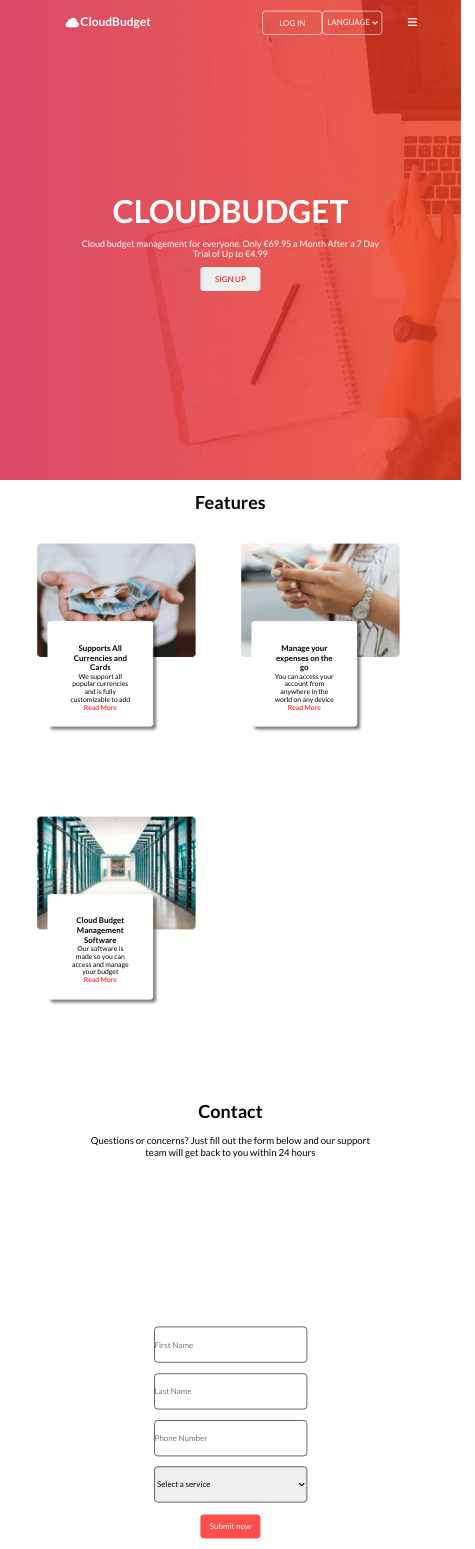
Repository: havvanurrana/website3
Page: index.html
An editor plug-in stored every save of this project. The page is shown before and after the next save, followed by the edit.
The browser window is 768 px wide. The page is 791 px wide, so the pictures cover 791 px, including what lies to the right of the window. The pictures show the whole page, at 60% of full size.

Above is the page before, as saved 2024-08-05 20:57:31.

### index.html
<!DOCTYPE html>
<html lang="tr">
  <head>
    <meta charset="UTF-8" />
    <meta name="viewport" content="width=device-width, initial-scale=1.0" />
    <title>CloudBudget</title>
    <link rel="stylesheet" href="style.css" />
    <link
      rel="stylesheet"
      href="https://cdnjs.cloudflare.com/ajax/libs/font-awesome/6.5.2/css/all.min.css"
      integrity="sha512-SnH5WK+bZxgPHs44uWIX+LLJAJ9/2PkPKZ5QiAj6Ta86w+fsb2TkcmfRyVX3pBnMFcV7oQPJkl9QevSCWr3W6A=="
      crossorigin="anonymous"
      referrerpolicy="no-referrer"
    />
    <link
      href="https://fonts.googleapis.com/css2?family=Lato:wght@400;700&display=swap"
      rel="stylesheet"
    />
  </head>
  <body>
    <section class="overview-section">
        <div class="linear-gradient"></div>
        <div class="content">
            <h3>CLOUDBUDGET</h3>
            <p>
                Cloud budget management for everyone. Only €69.95 a Month After a 7
                Day Trial of Up to €4.99
            </p>
            <button>SIGN UP</button>
        </div>
    </section>
    <header class="header-menu">
        <div class="markaamblem">
            <img src="assets/cloud.png" />
            <h3>CloudBudget</h3>
        </div>
        <nav class="navbar">
            <a href="#" class="navbarsect">Overview</a>
            <a href="#" class="navbarsect">Features</a>
            <a href="#" class="navbarsect">Technology</a>
            <a href="#" class="navbarsect">Contact</a>
            <a href="#" class="navbarsect">Sign Up</a>
        </nav>
        <div class="buttons">
            <button>LOG IN</button>
            <button>
                <select id="Language " name="Language">
                    <option value="">LANGUAGE</option>
                    <option value="uk">UK</option>
                    <option value="turk">Turkish</option>
                    <option value="sp">Spanish</option>
                    <option value="fr">French</option>
                </select>
            </button>
            <div id="menu" class="toggle-menu">
                <input type="checkbox" id="switch">
                <button>
                    <label for="switch" class="fas fa-bars"></label>
                </button>

            </div>
        </div>
    </header>

    <!--features kısmı -->
    <div class="featureshead">
        <h1>Features</h1>
    </div>
    <div class="features">
        <div class="featuressection">
            <div class="img">
                <img src="../assets/money.png" />
            </div>
            <div class="featurescard">
                <div>
                    <h1>Supports All Currencies and Cards</h1>
                </div>
                <div>
                    <p>
                        We support all popular currencies and is fully customizable to add
                    </p>
                </div>
                <button>Read More</button>
            </div>
      </div>
      <div class="featuressection">
          <div>
                <div class="img">
                    <img src="../assets/hand.png" />
                </div>
                <div class="featurescard">
                    <h1>Manage your expenses on the go</h1>
                        <p>
                          You can access your account from anywhere in the world on any
                          device
                        </p>
                    <button>Read More</button>
                </div>
            </div>
      </div>
          <div class="featuressection">
              <div>
                    <div class="img">
                        <img src="../assets/building.png" />
                    </div>
                    <div class="featurescard">
                          <h1>Cloud Budget Management Software</h1>
                          <p>Our software is made so you can access and manage your budget</p>
                          <button>Read More</button>
                    </div>
              </div>
          </div>
    </div>
    <!--contact kısmı-->
    <section >
        <div class="contact">
        <div class="contact-text">
            <h1>Contact</h1>
            <br><br>
            <p>
              Questions or concerns? Just fill out the form below and our support
              team will get back to you within 24 hours
            </p>
        </div>
        <div class="input">
            <input
            type="text"
            id="username"
            name="username"
            placeholder="First Name"
            />
            <input
            type="text"
            id="username"
            name="username"
            placeholder="Last Name"
            />
            <input
            type="text"
            id="username"
            name="username"
            placeholder="Phone Number"
            />

            <select id="service" name="service">
            <option value="">Select a service</option>
            <option value="service1">Service 1</option>
            <option value="service2">Service 2</option>
            <option value="service3">Service 3</option>
            <option value="service4">Service 4</option>
            </select>
            <br><br>
            <button>Submit now</button>
        </div>
    </div>
    </section>
    <script>
            document.getElementById('menu').addEventListener('click', function() {
            const navbar = document.querySelector('.header-menu .navbar');
            navbar.classList.toggle('active');
        });
    </script>
  </body>
</html>

### style.css

/* genel*/

*{
   margin:0;
   padding: 0;
   box-sizing: border-box;
   outline: none;
   border: none;
   text-decoration: none;
   font-family: Lato;
}

html {
    font-size: 62.5%;
    overflow-x: hidden;
    scroll-behavior: smooth;
    scroll-padding-top: 9rem ;
 }
h1{
   font-size: 30px;
}
 /* header menu ve  amblem ve ilk ekran cssleri*/
button{
   cursor: pointer;
}
.markaamblem{
   display: flex;
   justify-content:space-between;
   color: white;
   cursor: pointer;
}

.header-menu{
   width: 96%;
   display: flex;
   justify-content: space-between;
   align-items: center ;
   padding: 0 7%;
   margin: 2rem 7%;
   z-index: 3;
   top: 0;
   position:absolute;
}
.header-menu .markaamblem img{
   height: 3rem;
}
.header-menu .markaamblem h3{
   font-size: 20px ;
}
.header-menu .navbar a{
   margin: 0 2rem;
   font-size: 1.6rem;
   color: rgb(0, 0, 0);
   z-index: 2;
}
  .header-menu button{
   border: 1px , solid, rgb(255, 255, 255);
   border-radius: 6px;
   color:rgb(255, 255, 255);
   width: 100px;
   height: 40px;
   gap: 0px;
   background-color: transparent;
}
 .header-menu .buttons{
   padding-left: 10px;
   display: flex;
   justify-content: flex-end;
}
#menu{
   display: none;
}
.overview-section{
   min-height: 100vh;
   display: flex;
   text-align: center;
   align-items: center;
   justify-content: center;
   background:  url(../assets/image1.png)
   no-repeat;
   background-size: cover;
}

.overview-section .content {
   max-width: 60rem;
   margin: 0.5rem;
   z-index: 2;
}

.overview-section .content h3{
   font-size: 6rem;
   margin: 0.5rem;
   color: white;
}

.overview-section .content p{
   font-size: 1.7rem;
   margin: 1.5rem;
   color: white;
}

.overview-section .content button{
   border:1px;
   width: 100px;
   height: 40px;
   border-radius: 6px;
   color: red;
}

.linear-gradient{
   min-height: 100vh;
   width: 100%;
   display: flex;
   z-index: 1;
   background: linear-gradient(90deg, rgba(213, 32, 71, 0.8) 0%, rgba(238, 61, 27, 0.8) 100%);
   position: absolute;
}

.buttons select{
   background: none;
   color: white;
}

/* features kısmı*/

/* başlık*/

.featureshead{
   text-align: center;
   justify-content: center;
   margin: 1rem;
   padding: 1rem;
}

/* Kartlar*/

.features{
   display: grid;
   grid-template-columns: repeat(auto-fit, minmax(30rem, 1fr));
   margin:3rem;
   padding: 0 7%;
}
.featurescard{
   border-radius:0.6rem;
   border: 1px, solid, rgb(255, 255, 255);
   width: 30rem;
   height: 20rem;
   text-align: center;
   justify-content: center;
   align-items: center;
   padding: 4rem;
   margin: 3rem;
   background-color: white;
   transform: translate(-5%,-50%);
   box-shadow: 5px 5px 5px rgba(0, 0, 0,0.5);
}
.featuressection{
   justify-content: center;
   align-items: center;
   margin: 1rem;
   padding: 2.5rem;
}
.features img{
   width: 100%;
   object-fit: cover;
}
.featurescard h1{
   font-size: 2rem;
}
.featurescard p{
   font-size: 1.3rem;
}
.featurescard button{
   border: none;
   background-color: transparent;
   color: red;
}

/*Contact kısmı */

.contact{
   display: flex;
   flex-direction: row;
   margin: 2rem;
   justify-content: center;
}
.contact div{
   text-align: center;
   justify-content:center;
   align-items: center;
   padding: 0 8%;
   margin: 3rem;
}
.contact h1{
   font-size: 30px;
}
.contact p{
   font-size: 16px;
}
 .contact .contact-text{
   width: 30%;
   height: 40rem;
}
input{
   width: 255px;
   height: 60px;
   border: 1px, solid, black;
   border-color: rgb(0, 0, 0);
   border-radius: 6px;
   margin: 1rem;
}
.contact select{
   width: 255px;
   height: 60px;
   border: 1px, solid, black;
   border-color: rgb(0, 0, 0);
   border-radius: 6px;
   margin: 1rem;
}
.contact button{
   width: 100px;
   height: 40px;
   border-radius: 6px;
   color: white;
   background-color: rgb(254, 78, 78);
}
.contact .input{
   width: 40%;
   height: 40rem;
   align-items: center;
   justify-content: center;
   text-align: center;
}

input{
   width: 255px;
   height: 60px;
   border: 1px, solid, black;
   border-color: rgb(0, 0, 0);
   border-radius: 6px;
   margin: 1rem;
}
.contact select{
   width: 255px;
   height: 60px;
   border: 1px, solid, black;
   border-color: rgb(0, 0, 0);
   border-radius: 6px;
}
.contact button{
   width: 100px;
   height: 40px;
   border-radius: 6px;
   color: white;
   background-color: rgb(254, 78, 78);
}


/* Toggle menu ve responsive kısım */
@media (max-width: 1000px) {
   html {
       font-size: 55%;
   }
}

@media (max-width: 800px) {

   /* header responsive*/
   #menu {
       display: inline-block;
   }

   .header-menu .navbar {
       display: none;
       flex-direction: column;
       position: absolute;
       top: 95%;
       left: 55%;
       background-color: white;
       height: calc(100vh - 9rem);
       width: 25rem;
       right: -100%;
       transition: right 0.3s ease;
       color: black;
       justify-content: center;
       box-shadow: 0px 0px 10px 2px rgba(56, 55, 55, 0.75);
   }

   .header-menu .navbar.active {
       display: flex;
       right: 0;
   }

   .header-menu .navbar a,
      .header-menu .navbar div {
         margin: 5rem ;
      }
   .toggle-menu button {
       background: none;
       border: none;
       color: rgb(255, 255, 255);
       font-size: 2rem;
   }
   #switch {
      display: none;
  }
/* contact responsive*/
   .contact {
      flex-direction: column;
      align-items: center;
   }
   .contact .contact-text,
   .contact .input {
      width: 80%;
      margin: 1rem 0;
   }

   /* features responsive*/
   .featureshead {
      margin: 1rem;
      padding: 1rem;
  }

  .features {
      padding: 0 2rem;
  }

  .featuressection {
      padding: 1rem;
  }

  .features img {
      width: 30rem;
  }
.featurescard{
   width: 20rem;
}
  .featurescard h1 {
      font-size: 1.5rem;
  }

  .featurescard p {
      font-size: 1.3rem;
  }

  .featurescard button {
      font-size: 1.3rem;
  }
}

After the next save:
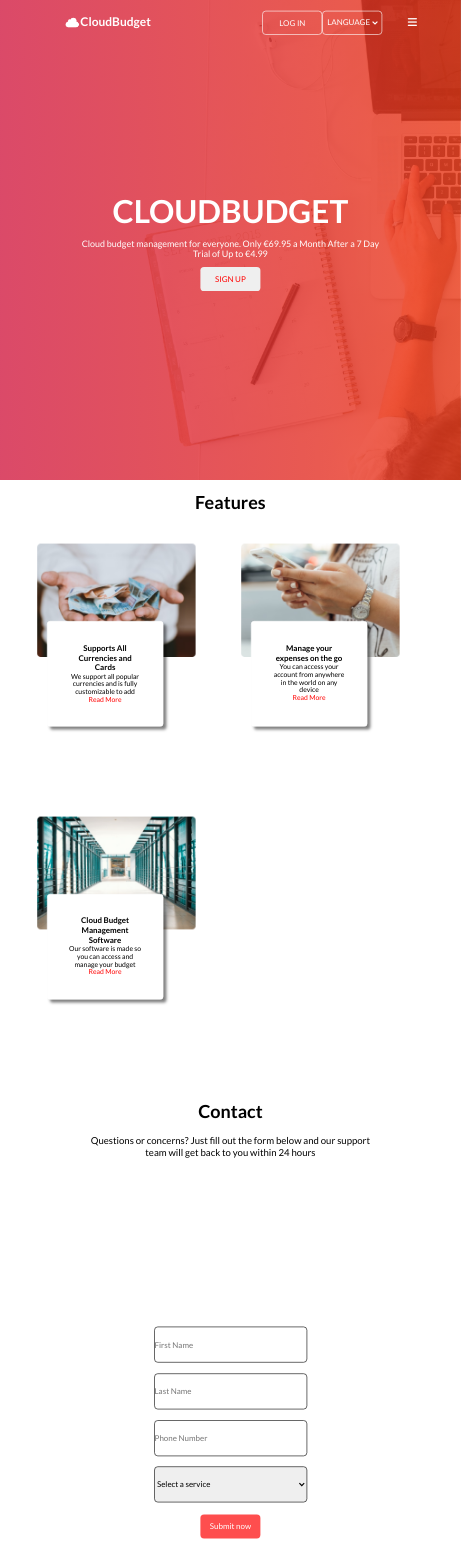
Saved 10 s later.
--- a/style.css
+++ b/style.css
@@ -334,7 +334,7 @@ input{
       width: 30rem;
   }
 .featurescard{
-   width: 20rem;
+   width: 22rem;
 }
   .featurescard h1 {
       font-size: 1.5rem;
